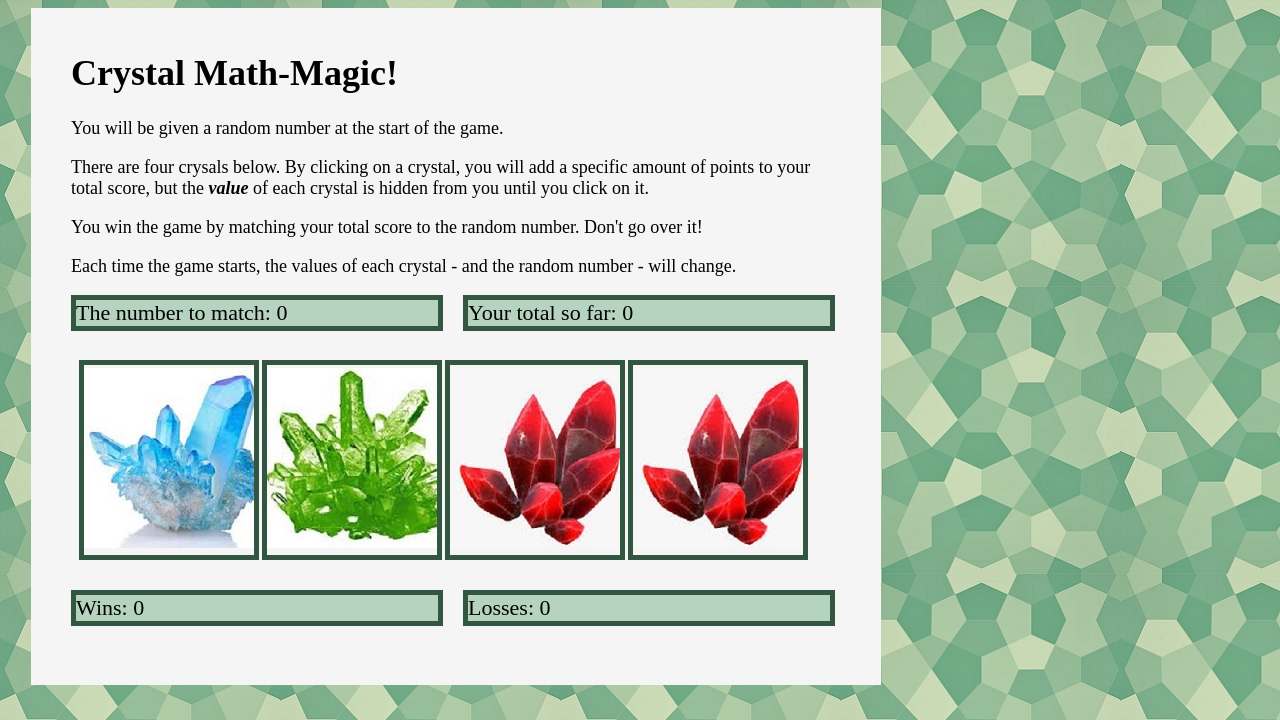
Repository: dsaftler/unit-4-game
Page: index.html
The author's editor kept a copy of each file at every save. The page is drawn from the files as they stood at one save, then again after the next save.
The browser window is 1280 px wide. The pictures show the whole page.
Some web fonts or font styles are not loaded; a fallback is used.

Above is the page before, as saved 2019-04-01 23:17:17.

### index.html
<!DOCTYPE html>
<html lang="en">
<head>
  <meta charset="UTF-8">
  <meta name="viewport" content="width=device-width, initial-scale=1.0">
  <meta http-equiv="X-UA-Compatible" content="ie=edge">
  <link rel="stylesheet" href="assets/css/reset.css">
  <link rel="stylesheet" href="assets/css/style.css">
  <link href="https://fonts.googleapis.com/css?family=BioRhyme" rel="stylesheet">

  <title>Puzzle Crystal matching</title>
</head>
<body>
<div class="container">
  <h1>Crystal Math-Magic!</h1>
  <div class="instructions">
  <p>You will be given a random number at the start of the game.</p>
  <p>There are four crysals below.  By clicking on a crystal, you will add a specific amount of points to your total score, but the <strong><em>value</em></strong> of each crystal is hidden from you until you click on it.</p>
  <p>You win the game by matching your total score to the random number. Don't go over it!</p>
  <p>Each time the game starts, the values of each crystal - and the random number - will change.</p>
  </div>

  <div class="scoring-area">
    <div class="half first bordergreen" id="randomTarget">The number to match: 0</div>
    <div class="half second bordergreen" id="currentTotal">Your total so far: 0</div>
  </div>
  <div class="crystal-set">
    <div class="crystal bordergreen clearfix" id="crystal_1"><img src="assets/images/crystal_1.jpg"></div>
    <div class="crystal bordergreen clearfix" id="crystal_2"><img src="assets/images/crystal_2.jpg"></div>
    <div class="crystal bordergreen clearfix" id="crystal_3"><img src="assets/images/crystal_3.jpg"></div>
    <div class="crystal bordergreen clearfix" id="crystal_4"><img src="assets/images/crystal_4.jpg"></div>
  </div>
  <div class="scoring-area">
    <div class="half first bordergreen" id="Wins">Wins: 0</div>
    <div class="half second bordergreen" id="Losses">Losses: 0</div>
  </div>
</div>
    <script src="https://ajax.googleapis.com/ajax/libs/jquery/3.3.1/jquery.min.js"></script>

</body>
</html>

### assets/css/style.css
* {
  box-sizing: border-box;
}
body {
height: 100%;
background-image: url("../images/congruent_pentagon.png");
background-repeat: repeat;
width: 70%;
font-family: 'BioRhyme',serif;
font-size: 18px;

}
.container{
  background-color: whitesmoke;
  width: 850px;
  padding: 40px;
  padding-top: 20px;
  margin: auto;


}
.instructions{
  width: 765px;
}
.scoring-area{
  clear:both;
  width:765px;
  height: 35px;
  margin-bottom: 20px;
  margin-top:10px;
}
.half{
  float: left;
  width: 372px;
  background-color: rgb(182,211,192);
  font-size: 22px;

}
.bordergreen {
  border: 5px solid rgb(50, 86, 63)
}
.first {margin-right: 10px;}
.second {margin-left: 10px;}
/* #randomTarget {color: teal;}
#currentTotal {color: teal;} */
.crystal-set{
  /* background-color: #ffffff; */
  height: 230px;
  width: 765px;
  padding: 5px;
  padding-left:8px;
}
.crystal{
  display: block;
  align-content: center;
  float: left;
  height: 200px;
  width: 180px;
  margin-right: 3px;
  margin-right: 3px;
  margin-top: 5px;
}
.clearfix {
  overflow: hidden;
}

Loaded but not shown: assets/css/reset.css (no stored copy; drawn as an empty file)

After the next save:
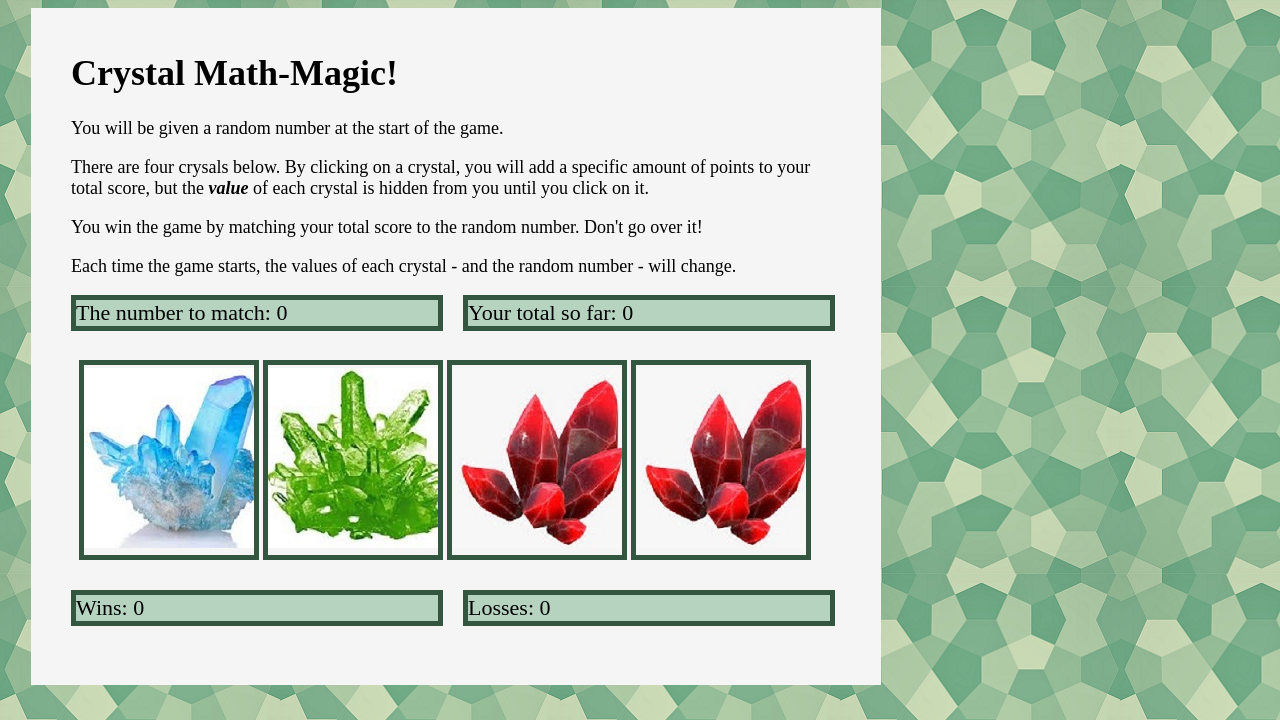
Saved 14 s later.
--- a/assets/css/style.css
+++ b/assets/css/style.css
@@ -56,8 +56,8 @@ font-size: 18px;
   float: left;
   height: 200px;
   width: 180px;
-  margin-right: 3px;
-  margin-right: 3px;
+  margin-right: 4px;
+  margin-right: 4px;
   margin-top: 5px;
 }
 .clearfix {
